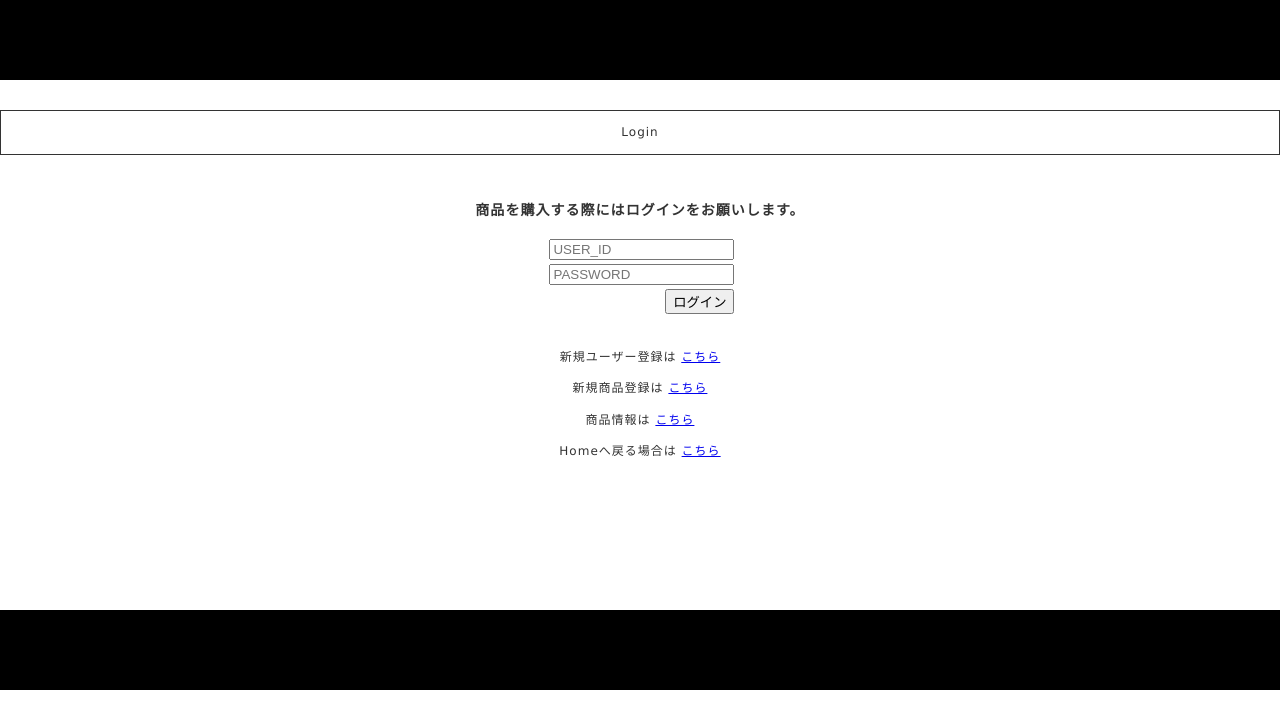
Repository: hirose0320/test
Page: http://localhost/ecsite2/HomeAction.action
These files come from the project's save history. The page is drawn as it stood at one moment and after the next save; the edit follows.
The browser window is 1280 px wide. The pictures show the whole page.
The page is served by Tomcat 9. Other server files are loaded and not shown.

Above is the page before, as saved 2019-03-06 08:28:32.

### ecsite2/WebContent/login.jsp
<%@ page language="java" contentType="text/html; charset=UTF-8"
	pageEncoding="UTF-8"%>
<%@ taglib prefix="s" uri="/struts-tags"%>
<!DOCTYPE html>
<html>
<head>
<meta http-equiv="Content-Type" content="text/html; charset=UTF-8" />
<meta http-equiv="Content-Style-Type" content="text/css" />
<meta http-equiv="Content-Script-Type" content="text/javascript" />
<meta http-equiv="imagetoolbar" content="no" />
<meta name="description" content="" />
<meta name="keywords" content="" />
<title>Login画面</title>

<style type="text/css">
body {
	margin: 0;
	padding: 0;
	line-height: 1.6;
	letter-spacing: 1px;
	font-family: Verdana, Helvetica, sans-serif;
	font-size: 12px;
	color: #333;
	background: #fff;
}

table {
	text-align: center;
	margin: 0 auto;
}

#top {
	width: 780ox;
	margin: 30px auto;
	border: 1px solid #333;
}

#header {
	width: 100%;
	height: 80px;
	background-color: black;
}

#main {
	width: 100%;
	height: 500px;
	text-align: center;
}

#footer {
	width: 100%;
	height: 80px;
	background-color: black;
	clear: both;
}

#text-center {
	display: inline-block;
	text-align: center;
}
</style>
</head>
<body>
	<div id="header">
		<div id="pr"></div>
	</div>
	<div id="main">
		<div id="top">
			<p>Login</p>
		</div>
		<div id="text-center">
			<h3>商品を購入する際にはログインをお願いします。</h3>
			<s:form action="LoginAction">
				<s:textfield name="loginUserId" placeholder="USER_ID" />
				<s:password name="loginPassword" placeholder="PASSWORD" />
				<s:submit value="ログイン" />
			</s:form>
			<br />

			<p>
				新規ユーザー登録は <a href='<s:url action="UserCreateAction"/>'>こちら</a>
			</p>
			<p>
				新規商品登録は <a href='<s:url action="ItemCreateAction"/>'>こちら</a>
			</p>
						<p>
				商品情報は <a href='<s:url action="ItemListAction"/>'>こちら</a>
			</p>
			<p>
				Homeへ戻る場合は <a href='<s:url action="GoHomeAction"/>'>こちら</a>
			</p>
		</div>

	</div>
	<div id="footer">
		<div id="pr"></div>
	</div>
</body>
</html>

After the next save:
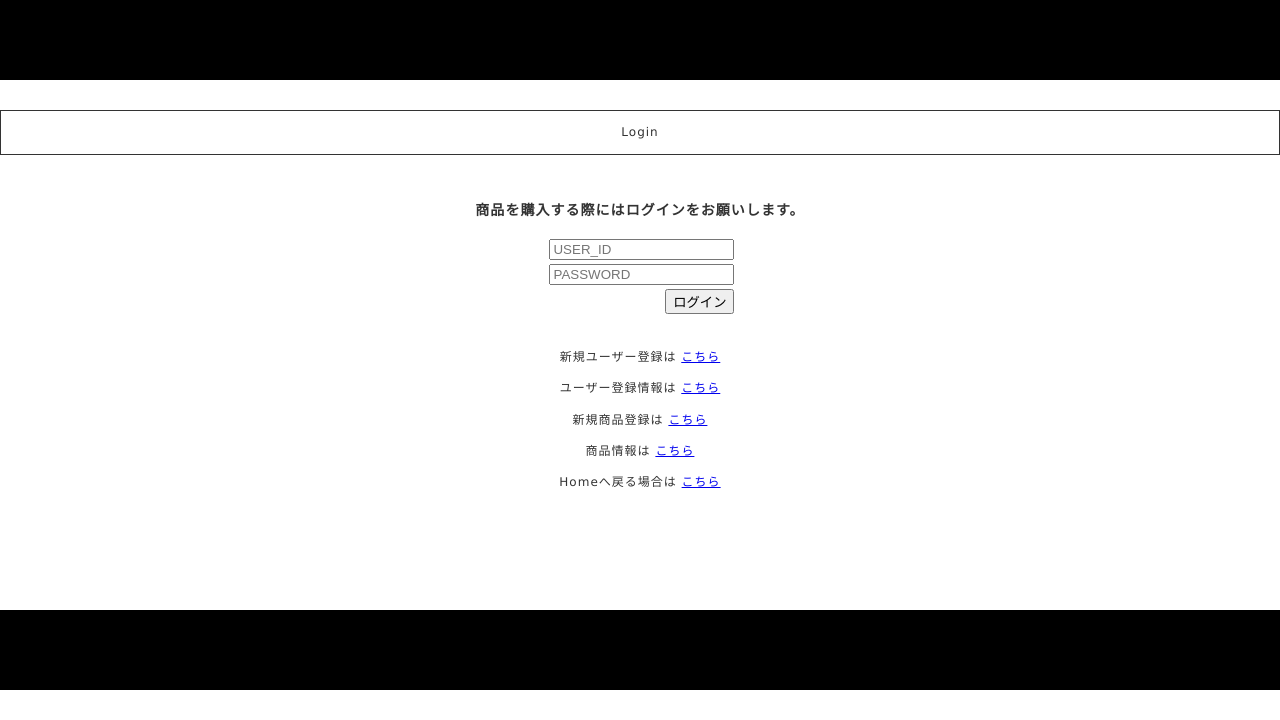
Saved 50 s later.
--- a/ecsite2/WebContent/login.jsp
+++ b/ecsite2/WebContent/login.jsp
@@ -81,9 +81,13 @@
 				新規ユーザー登録は <a href='<s:url action="UserCreateAction"/>'>こちら</a>
 			</p>
 			<p>
+				ユーザー登録情報は <a href='<s:url action="ItemCreateAction"/>'>こちら</a>
+			</p>
+			<p>
 				新規商品登録は <a href='<s:url action="ItemCreateAction"/>'>こちら</a>
 			</p>
-						<p>
+
+			<p>
 				商品情報は <a href='<s:url action="ItemListAction"/>'>こちら</a>
 			</p>
 			<p>
